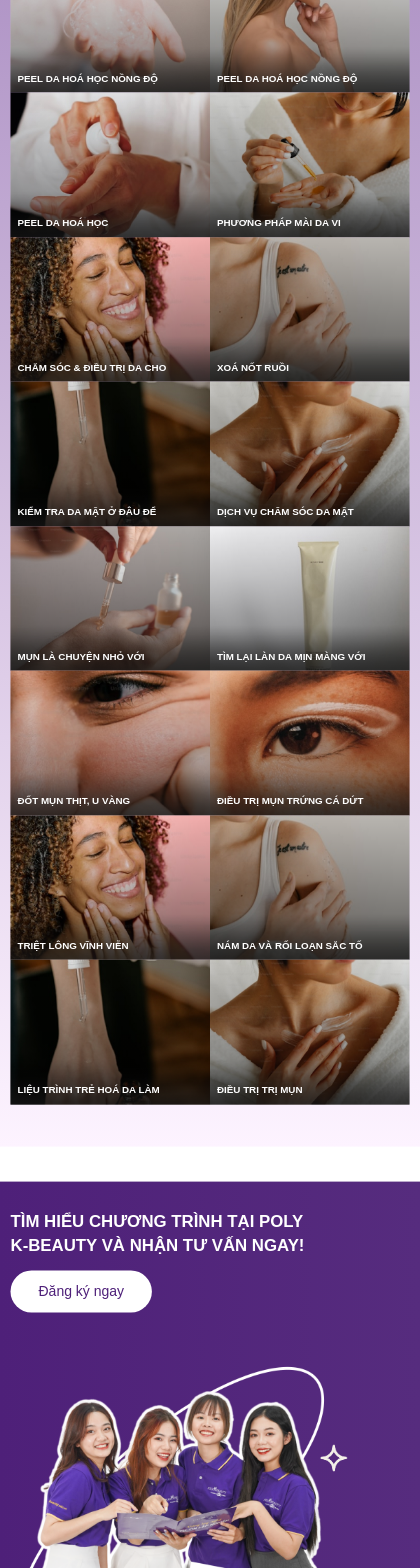
Repository: dinhtri123/k_beauty
Page: index.html
An editor plug-in stored every save of this project. The page is shown before and after the next save, followed by the edit.
The browser window is 600 px wide. The pictures show the part of the page from y = 4260 to 6500 px (the page is 7989 px tall before and 8031 px after), at 70% of full size.
Some web fonts or font styles are not loaded; a fallback is used.

Above is the page before, as saved 2024-12-24 20:52:16.

After the next save:
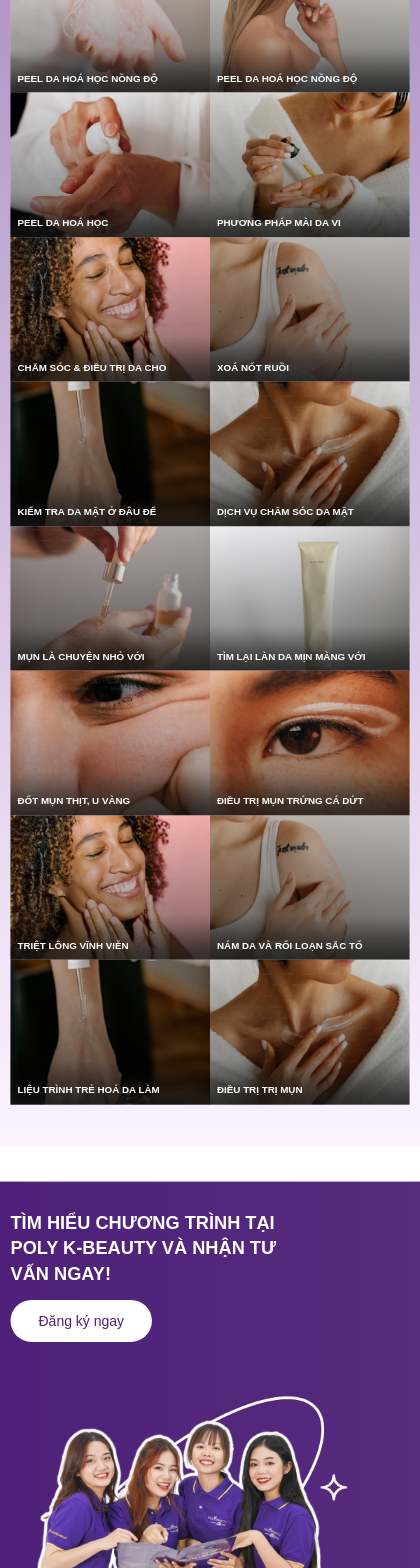
Saved 15 s later.
--- a/css/style.css
+++ b/css/style.css
@@ -682,7 +682,7 @@
     margin-bottom: 50px;
   }
   .form-text h2 {
-    font-size: 24px;
+    font-size: 26px;
     line-height: 1.4;
   }
 }
